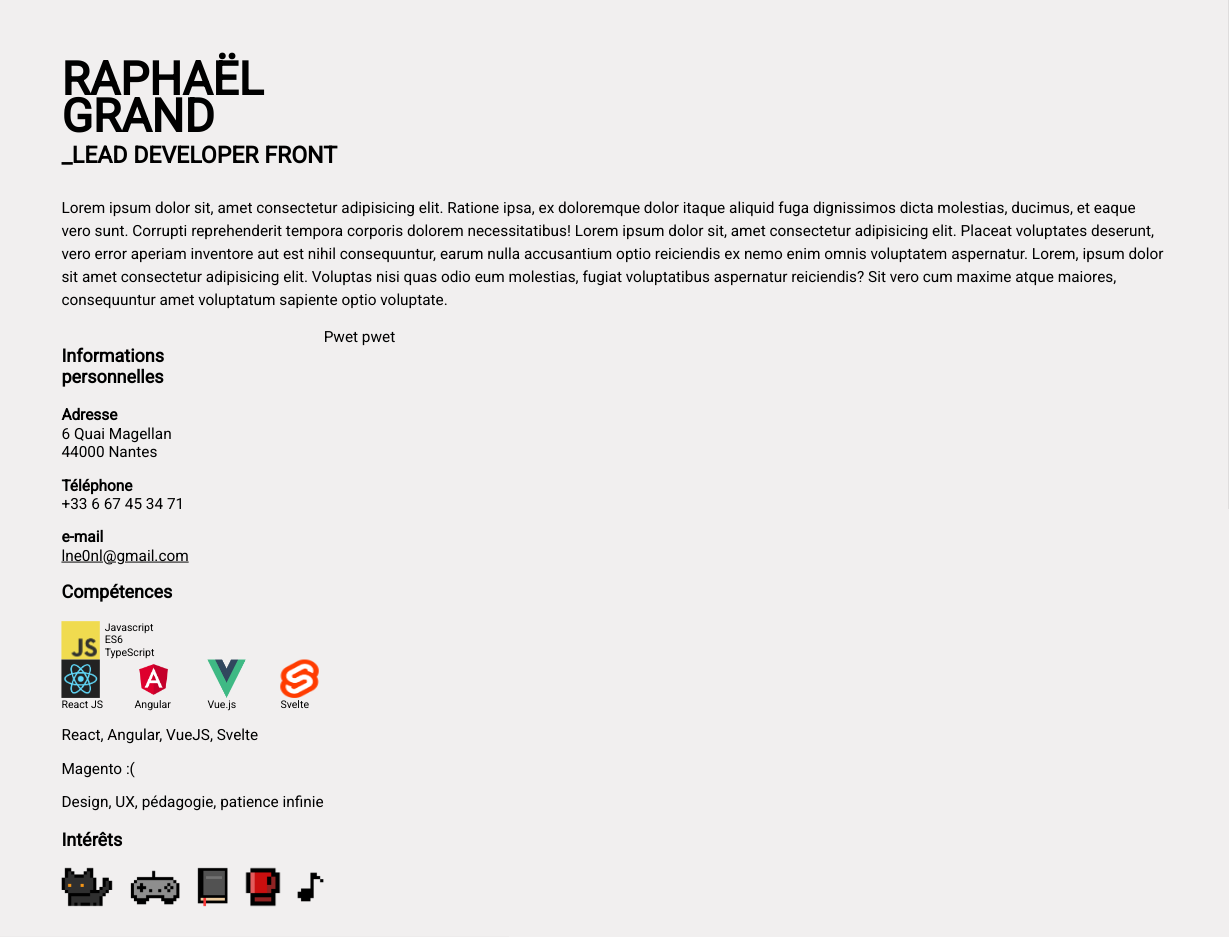
Repository: lne0nl/resume
Page: index.html
An editor plug-in stored every save of this project. The page is shown before and after the next save, followed by the edit.
The browser window is 1280 px wide. The pictures show the whole page, at 96% of full size.

Above is the page before, as saved 2021-12-10 11:30:39.

After the next save:
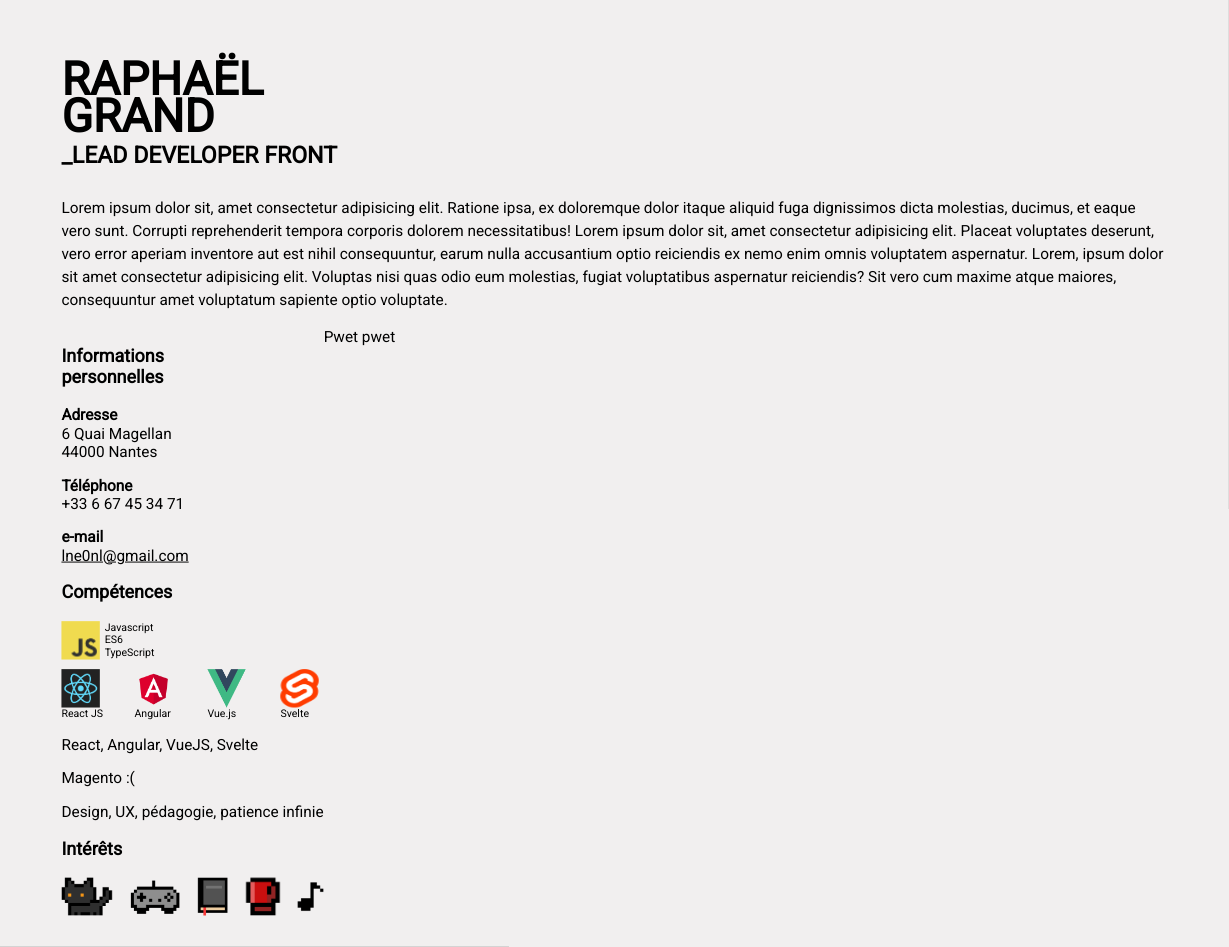
Saved 4 s later.
--- a/style.css
+++ b/style.css
@@ -91,7 +91,7 @@ li {
 }
 
 .skills {
-  margin-bottom: ;
+  margin-bottom: 10px;
   font-size: 11px;
   display: flex;
 }
